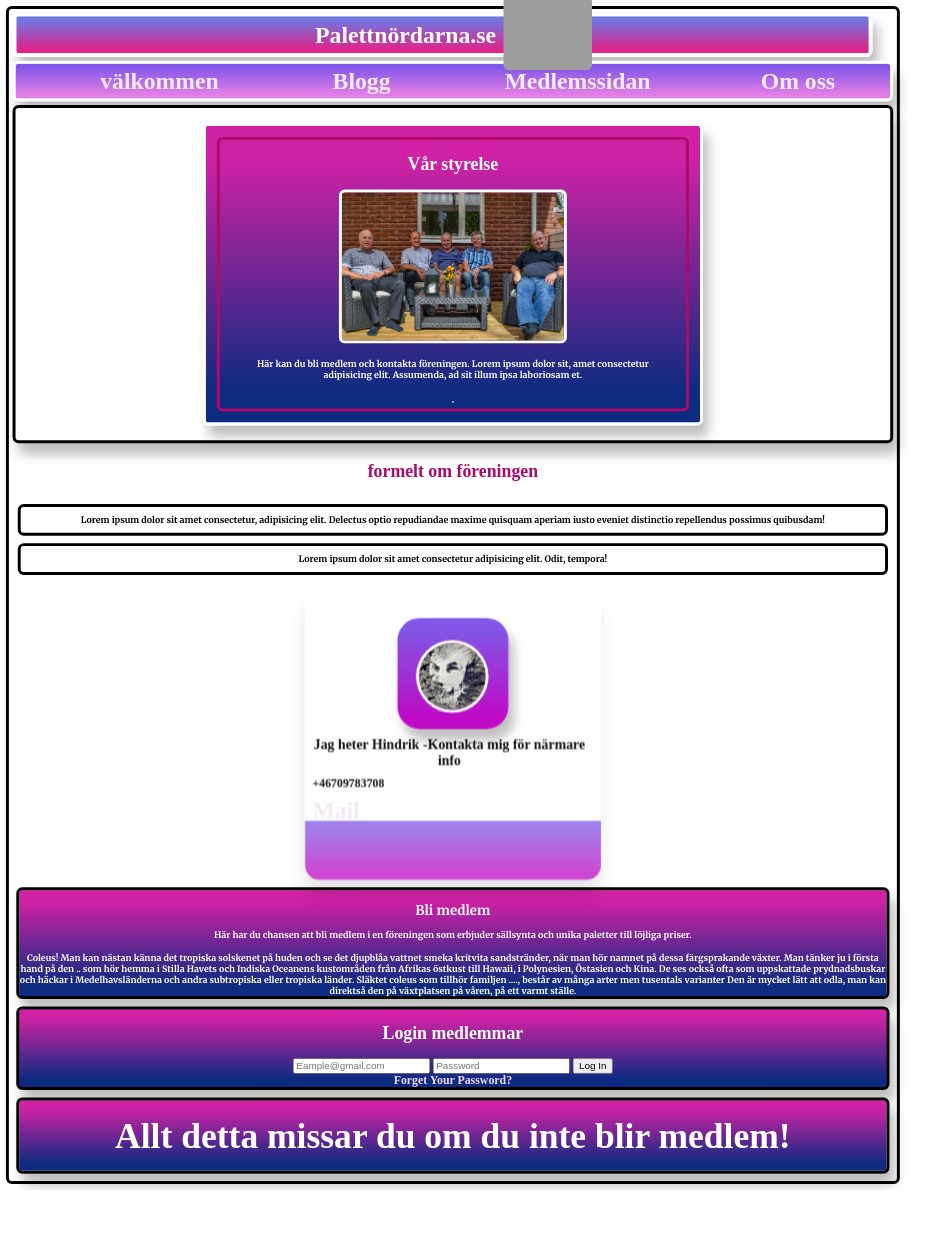
Repository: Webutveckling-20-21/lektion-3-CSS
Page: medlemssidan.html
An editor plug-in stored every save of this project. The page is shown before and after the next save, followed by the edit.
The browser window is 1280 px wide. The pictures show the whole page, at 74% of full size.
Pictures or frames that could not be fetched are drawn as grey boxes. Some web fonts or font styles are not loaded; a fallback is used.

Above is the page before, as saved 2021-10-14 16:33:22.

### medlemssidan.html
<!DOCTYPE html>
<html lang="en">

<head>
    <meta charset="UTF-8">
    <meta http-equiv="X-UA-Compatible" content="IE=edge">
    <meta name="viewport" content="width=device-width, initial-scale=1.0">
    <!-- <link rel="stylesheet" href="style3.css"> -->
    <link rel="stylesheet" href="style4.css">
    <title>om oss</title>
</head>

<body>
    <div class="header">

        <h1>Palettnördarna.se</h1>
        <div class="logo">
            <img src="images/logga.png" alt="logga" class="logo-img">
        </div>

    </div>

    <ul class="navbar">
        <li>
            <a href="valkommen.html"> välkommen</a>
        </li>
        <li class="nav-list">
            <a href="blogg.html">Blogg</a>
        </li>
        <li><a href="medlemssidan.html">Medlemssidan</a></li>
        <li><a href="om oss.html">Om oss</a></li>

    </ul>

    <div class="box">
        <!--
            Ta bort ett block för att få plats med inloggningslänkar mm
         -->

        <!--

        <div class="green">
            <div class="text-info">
                <p> Lorem ipsum dolor sit, amet consectetur adipisicing elit. Assumenda, ad sit illum ipsa laboriosam
                    et.</p>
                <h2>Blockbilder</h2>
                <div class="picture">
                    <div class="pics1 pics"> <img src="images/20171005_201321.jpg" alt=""> </div>
                    <div class="pics2 pics"> <img src="images/1493892949023.jpeg" alt=""> </div>
                    <div class="pics3 pics"> <img src="images/1494397130015.jpeg" alt=""> </div>
                    <div class="pics3 pics"> <img src="images/1494397130015.jpeg" alt=""> </div>
                    <div class="pics3 pics"> <img src="images/1494397130015.jpeg" alt=""> </div>
                </div>

            </div>
        </div>
         -->
         <div class="flex-red">

        <div class="red">
            <div class="text-info">
                <h2>Vår styrelse</h2>
                <div class="everything">
                <img src="images/styrelse.jpg" alt="styrelsen">
                <p> Här kan du bli medlem och kontakta föreningen. Lorem ipsum dolor sit, amet consectetur adipisicing
                    elit. Assumenda, ad sit illum ipsa laboriosam
                    et.</p>
                <hr>
            </div>
            </div>
        </div>
    </div>
    </div>

    <main class="main-content">
        <h2>formelt om föreningen</h2>
        <div class="information">
            <p>Lorem ipsum dolor sit amet consectetur, adipisicing elit. Delectus optio repudiandae maxime quisquam
                aperiam iusto eveniet distinctio repellendus possimus quibusdam!</p>
            <p>Lorem ipsum dolor sit amet consectetur adipisicing elit. Odit, tempora!

            </p>


<div class="card-container">
             <div class="card">

 <div class="content">
                    <div class="imgBx">
                        <img src="jag.jpg">
                    </div>
                    <div class="details">
                        <div>
                            <h3> Jag heter Hindrik -Kontakta mig för närmare info</h3>
                            <h2></h2>
                        </div>
                        <div>
                            <ion-icon name="call-outline"></ion-icon>
                            <span>+46709783708</span>
                        </div>
                        <div class="mail">
                            <ion-icon name="mail-outline"></ion-icon>
                            <span> <a href=" hindrikounpuu@gmail.com"> Mail</a></span>
                        </div>
                        <br>
                    </div>
                </div>
            </div>

        </div>
    </div>

    </main>

    <section class="contact-all">

        <h2>Bli medlem</h2>

        Här har du chansen att bli medlem i en föreningen som erbjuder sällsynta och unika
        paletter till löjliga priser. <br><br>

        Coleus! Man kan nästan känna det tropiska solskenet på huden och se det djupblåa vattnet smeka kritvita
        sandstränder, när man hör namnet på dessa färgsprakande växter.



        Man tänker ju i första hand på den .. som hör hemma i Stilla Havets och Indiska Oceanens kustområden från
        Afrikas östkust till Hawaii, i Polynesien, Östasien och Kina. De ses också ofta som uppskattade prydnadsbuskar
        och häckar i Medelhavsländerna och andra subtropiska eller tropiska länder.

        Släktet coleus som tillhör familjen ...., består av många arter men tusentals varianter Den är mycket lätt att
        odla, man kan direktså den på växtplatsen på våren, på ett varmt ställe.

        <!-- <div class="contact-info"> -->


        <!-- </div> -->

    </section>

    <section class="login-container">
        <!--inputs-->
        <div class="login-inputs">
            <!--heading-->
            <h1>Login medlemmar</h1>
            <form>
                <input type="email" placeholder="Eample@gmail.com">
                <input type="password" placeholder="Password">
                <button>Log In</button>
            </form>
            <!--forget-->
            <a href="#" class="forget">Forget Your Password?</a>
        </div>
    </section>

    <footer class="footer-place"> Allt detta missar du om du inte blir medlem!</footer>

</body>

</html>

### style4.css
@import url('https://fonts.googleapis.com/css2?family=Grechen+Fuemen&display=swap');
@import url('https://fonts.googleapis.com/css2?family=Roboto&display=swap');
@import url('https://fonts.googleapis.com/css2?family=Merriweather:wght@700&display=swap');

body {
    font-family: 'Grechen Fuemen', cursive;
    font-weight: bolder;
    border: 4px solid black;
    border-radius: 8px;
    max-width: 1200px;
}

.header {
    display: flex;
    width: 96%;
    height: 50px;
    border: 5px solid white;
    background: linear-gradient(to bottom, #6f76df 10%, #df258b 90%);
    box-shadow: 7.6px 15.2px 15.2px hsl(0deg 0% 0% / 0.26);
    border-radius: 8px;
    justify-content: center;
    align-items: center;
    margin: 5px;}

.header h1 {
    color:white;
    font-size:2.0rem;
    text-align:center;
    z-index: 2;
    margin-left: 40px;

}

.logo-img {
    border: 0px;
    height:100px;
    z-index:1;
    margin-right:10px;

}



.navbar {

    width: auto;
    height: auto;
    display: flex;
    align-items: center;
    justify-content: space-around;
    background-color: #eed9f8;
    margin: 5px;
    border-radius: 8px;
    flex-wrap: wrap;
}

audio {
    width: 200px;
    height: 50px;
}

ul {

    list-style-type: none;
    flex-wrap: wrap;
    margin-left: 5;
    margin-right: 5;
    padding: 10;
    width: 90%;
    height: auto;
    overflow: hidden;
    border: 4px solid white;
    background: linear-gradient(to bottom, #8257e7 10%, #e47ee7 90%);
    box-shadow: 7.6px 15.2px 15.2px hsl(0deg 0% 0% / 0.26);
}

.nav-list {
    margin: 5px;
    flex-wrap: wrap;

}

a {
    text-decoration: none;
    font-size: 2rem;
    color: rgb(241, 234, 241);


}

a:hover {
    background: linear-gradient(to bottom, #b371d1 10%, #eb5aaa 90%);
    border-radius:5px;
}

.card-container{
    display:flex;
    justify-content: center;
    align-items: center;
}
.card
{
    display:flex;
     position: relative;
    max-width: 400px;
    border-top: 2px solid rgba(255,255,255,0.5);
    height: 400px;
    background: rgba(255,255,255,0.1);
    backdrop-filter: blur(10px);
    border-radius: 20px;
    overflow: hidden;
    box-shadow: 0 25px 25px rgba(0,0,0,0.1);
    justify-content: center;
    align-items: center;
    z-index: 10;
    transition: 1s;
    /* margin-left: 20%; */


}
.card:hover
{
    transform: scale(1.2);
    background: rgba(255,255,255,0.2);
}
.card::before
{
    content: '';
    position: absolute;
    bottom: 0;
    width: 100%;
    height: 80px;
    background: linear-gradient(to bottom, #8257e7 10%, #bf0bc5 90%);
    opacity: 0.75;
}
.content
{
    display: flex;
    justify-content: center;
    align-self: center;
    gap: 10px;
    flex-wrap: wrap;
    text-align: center;

}
.content .imgBx{
    position: relative;
    width: 90px;
    height: 90px;
    overflow: hidden;
    border-radius: 30px;
    box-shadow: 0 0 0 10px rgba(255,255,255,0.1);
    -webkit-border-radius: 30px;
    -moz-border-radius: 30px;
    -ms-border-radius: 30px;
    -o-border-radius: 30px;
    padding: 30px;
    background: linear-gradient(to bottom, #8257e7 10%, #bf0bc5 90%);
    box-shadow: 7.6px 15.2px 15.2px hsl(0deg 0% 0% / 0.26);
}
.content .imgBx img
{
    display:flex;
    position: relative;
    top: 0px;
    left: 0px;
    width: 100%;
    height: 100%;
    object-fit: cover;
    justify-content: center;
    border-radius:  50% ;
    -webkit-border-radius:  50% ;
    -moz-border-radius:  50% ;
    -ms-border-radius:  50% ;
    -o-border-radius:  50% ;
    margin-left:-5px;

}

.details
{
    display: flex;
    flex-direction:column;
    gap: 10px;
}
.details h3
{
    font-weight: 600;
    color: #111;
}
.details div
{
    display: flex;
    align-items: center;
    gap: 10px;
}
.details ion-icon
{
    font-size: 1.4em;
    color: #111;
}
.details span
{
    color: #111;
}


/*
.thumbnail:hover {
    position: relative;
    top: -10px;
    /* left: -10px;
    right: 30px;
    width: 175px;
    height: auto;
    display: block;
    z-index: 999;
    transition: all .5s ease-in-out;
}  */

.marg-text {
    text-align: justify;
}

/* <img src="[your hosted image URL]" class="thumbnail" height="100" width="100" />  */



.box {
    /* background: linear-gradient(to bottom, #c69de7 10%, #e47ee7 90%); */
    /* height:200px; */
    display: flex;
    /* max-width: 100%; */
    align-items:center;
    justify-content: center;
    flex-direction: row;
    flex-wrap: wrap;
    border: 4px solid rgb(86, 5, 102);
    background-color: white;
    border-radius: 8px;
    flex-wrap: wrap;
    border: solid 4px black;
    margin: 5px;
    /* opacity: 0.5; */
    box-shadow: 7.6px 15.2px 15.2px hsl(0deg 0% 0% / 0.26);
}
.everything{
    display:flex;
    align-items: center;
    justify-content:center;
    flex-wrap: wrap;
}

.flex-red{
    display:flex;
   justify-content:center;
   align-items:center;

}

.red {
    display:flex;
    flex-direction: column;
    width: 90vh;
    margin: 20px;
    align-items: center;
    padding: 10px;
    color: white;
    border: 4px solid white;
    background: rgba(255, 255, 255, 0.1);
    border-radius: 8px;

    background: linear-gradient(to bottom, #d121a5 10%, #0d2b80 90%);
    box-shadow: 7.6px 15.2px 15.2px hsl(0deg 0% 0% / 0.26);

}

.red .text-info img {
    width: 90vh;
    height:auto;

}


.red .text-info h2{
    text-align: center;
}

.main-content {
    display: flex;
    flex-direction: column;
    text-align: center;
    border:solid 4 #0d2b80;
    border-radius: 8px;
    margin: 2px;
}

main {
    border-radius: 8px;
}
.main-content>h2 {
    color: rgb(173, 10, 105);
}
.information>p {
    color: black;
    border: solid 4px black;
    border-radius: 8px;
}

.text-info {
    border: solid 4px rgb(173, 10, 105);
    border-radius: 8px;
    margin: 5px;

}

.picture {
    display: flex;
    flex-wrap: wrap;
    border: solid 4px rgb(173, 10, 105);

}

img {
    margin-left: 10px;
    margin-right: 10px;
    width: 120px;
    border-radius: 8px;
    max-width: 300px;
    /*margin: auto;*/
    border: 4px solid white;
}

h2 {
    justify-content: center;
    font-weight: 700;
}

h3 {
    margin: auto;
}

p {
    font-size: 0.75rem;
    text-align: center;
    margin: 10px;
    padding: 10px;
    font-family: 'Merriweather', serif;
    color: white;
    /* font-family: 'Roboto', sans-serif;   */

}

h3 {
    /* padding: 20px; */
    text-align: center;
}
.contact-all{
    display:flex;
    flex-wrap: wrap;
    flex-direction: row;
    /* flex-direction: stretch; */
    border:4px solid black;
    border-radius:8px;
    margin: 10px;
    justify-content: center;
    justify-content: space-evenly;


}
.be-member{
    flex:1;
    order:3;
    margin: 3px;;
}
.locals{
    flex:1;
    order:1;
    margin:5px;
}
.contact:{
    flex:1;
    order:2;
    margin:5px;
}

    /* .contact-info{

    flex-wrap: wrap;
    font-family: 'Merriweather', serif;
    font-size: .75rem;

/* } */
.content{
    display:flex;
    align-items: center;

}

.footer-place {
    display:flex;
    justify-content: center;
    align-items: stretch;
    padding: 20px;
    margin: 10px;
    border: 4px solid black;
    background: linear-gradient(180deg, #d121a5 10%, #0d2b80 90%);
    box-shadow: 7.6px 15.2px 15.2px hsl(0deg 0% 0% / 0.26);
    border-radius: 8px;
    font-size:3rem;
    color:white;
    text-align:center;
}

.pics {
    margin: 5px;
}

 section{
    display:flex;
    justify-content: center;
    background: linear-gradient(180deg, #d121a5 10%, #0d2b80 90%);
    box-shadow: 7.6px 15.2px 15.2px hsl(0deg 0% 0% / 0.26);

 }

 .contact-all{
     text-align: center;
   color:blueviolet;
   font-family: 'Merriweather', serif;
   font-size:0.75rem;
   color:white;

}


.login-container {
    background-color: #df258b;
    margin:10px;
    border-radius: 8px;
    color:white;
    text-align: center;
    border:4px solid black;
}
.forget{
    color: #eed9f8;
    font-size:1rem;

}
/* Portrait and Landscape */
@media only screen
  and (min-device-width: 320px)
  and (max-device-width: 480px)
  and (-webkit-min-device-pixel-ratio: 2) {

After the next save:
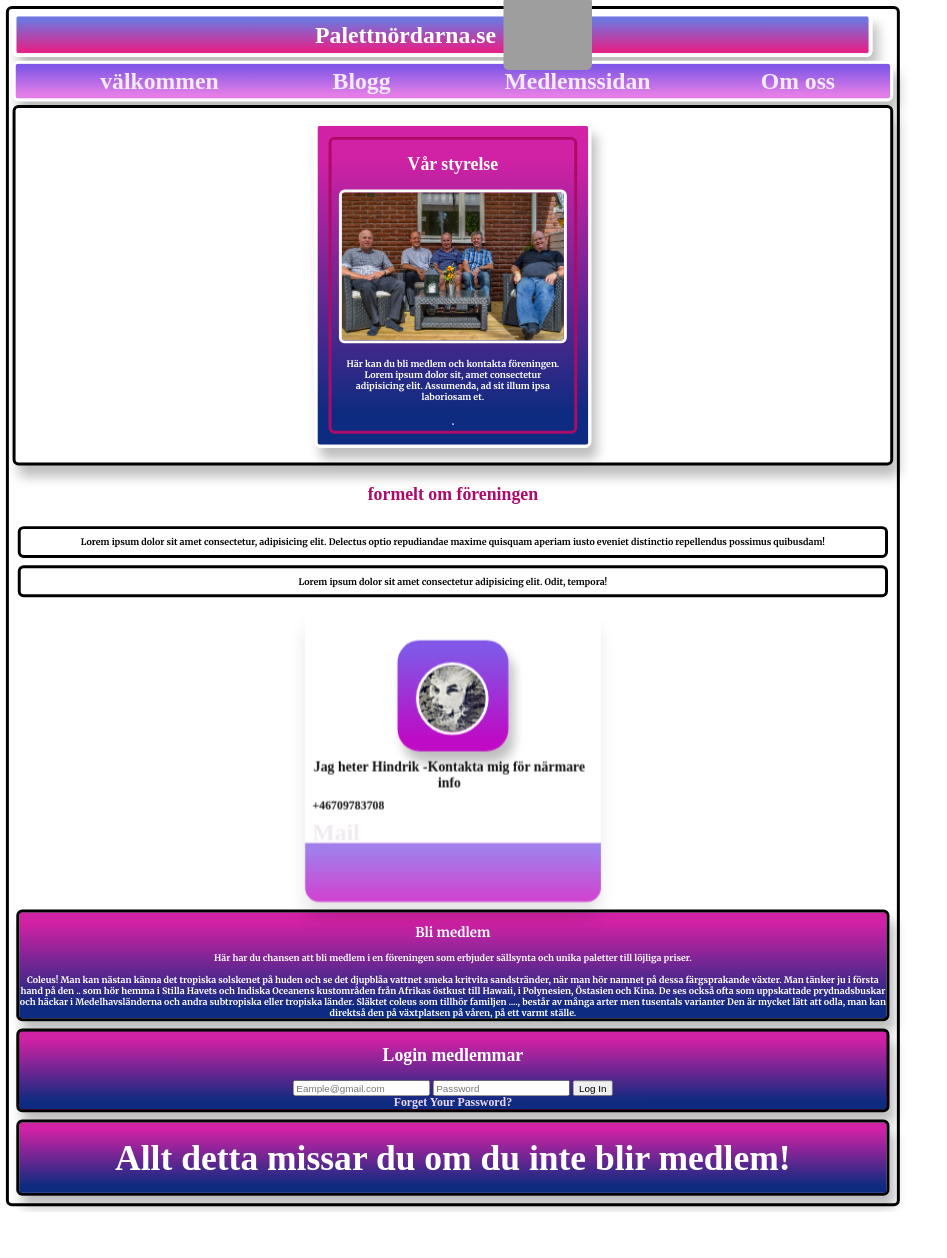
Saved 31 s later.
--- a/style4.css
+++ b/style4.css
@@ -255,6 +255,7 @@
     display:flex;
    justify-content:center;
    align-items:center;
+   max-width: 400px;;
 
 }
 

After the save that followed:
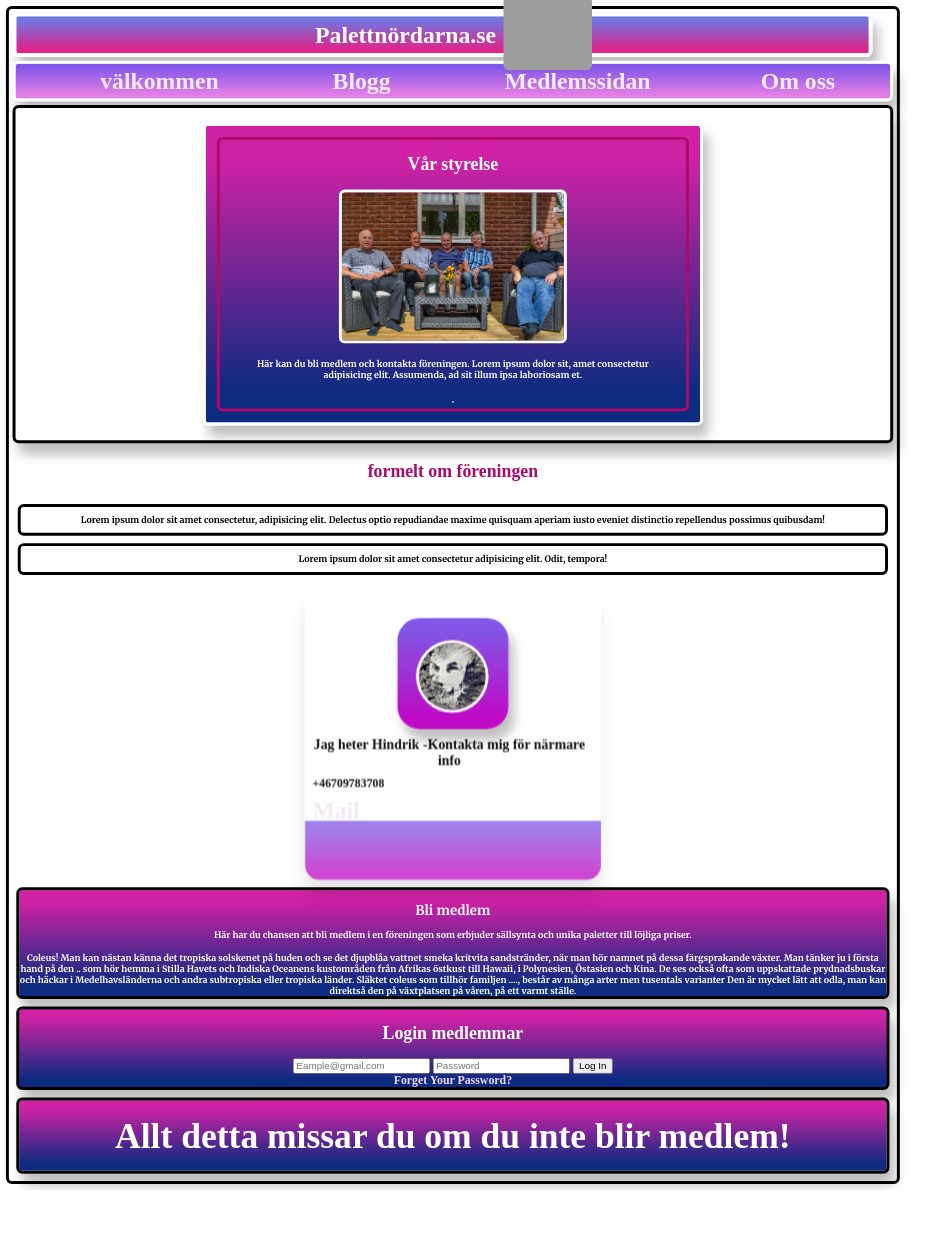
Saved 57 s later.
--- a/style4.css
+++ b/style4.css
@@ -255,7 +255,7 @@
     display:flex;
    justify-content:center;
    align-items:center;
-   max-width: 400px;;
+   max-width: 90%;
 
 }
 
